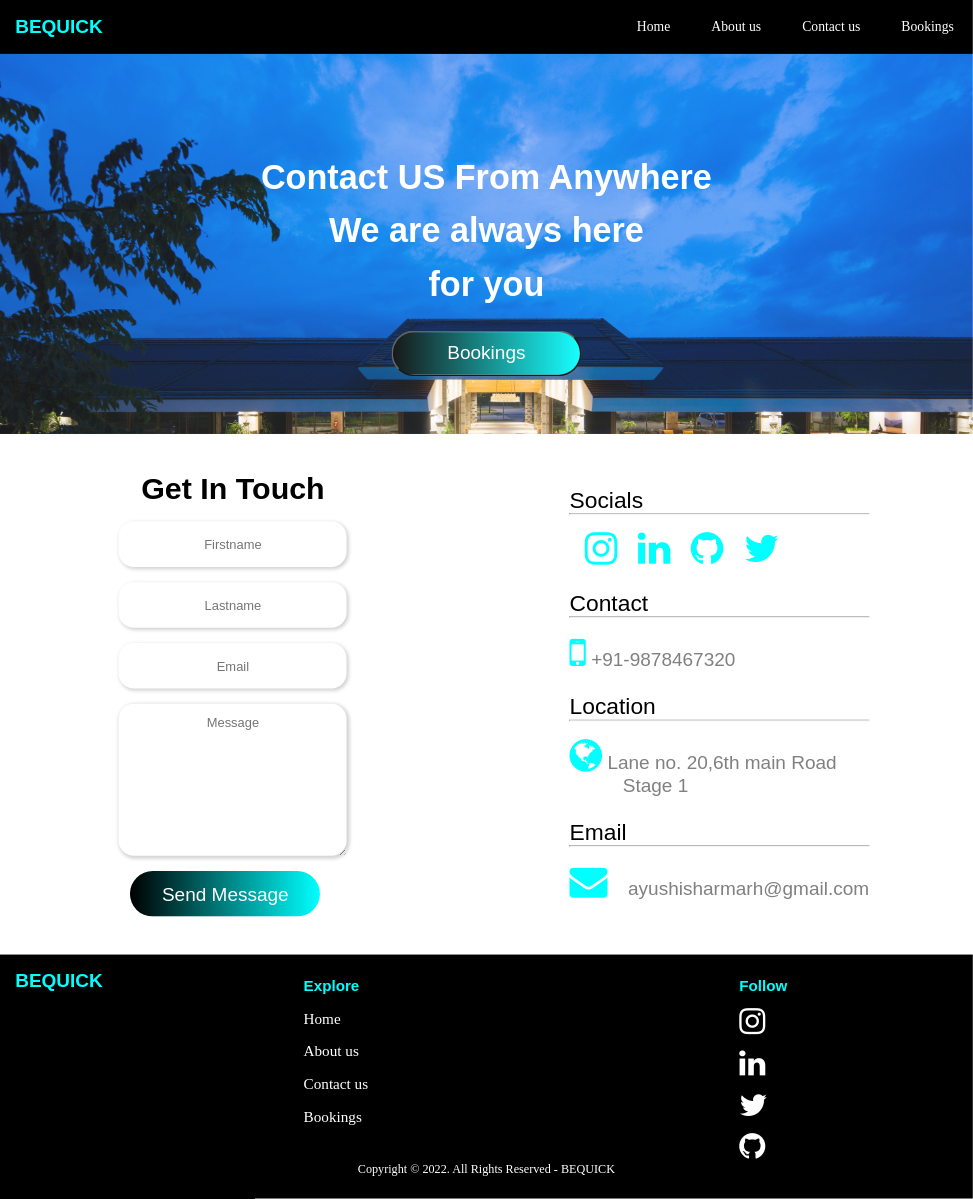
Repository: Ayushi6Sharma/BEQUICK_Hotel_Booking_Web
Page: html/contactus.html
An editor plug-in stored every save of this project. The page is shown before and after the next save, followed by the edit.
The browser window is 1280 px wide. The pictures show the whole page, at 76% of full size.

Above is the page before, as saved 2022-05-12 14:02:29.

After the next save:
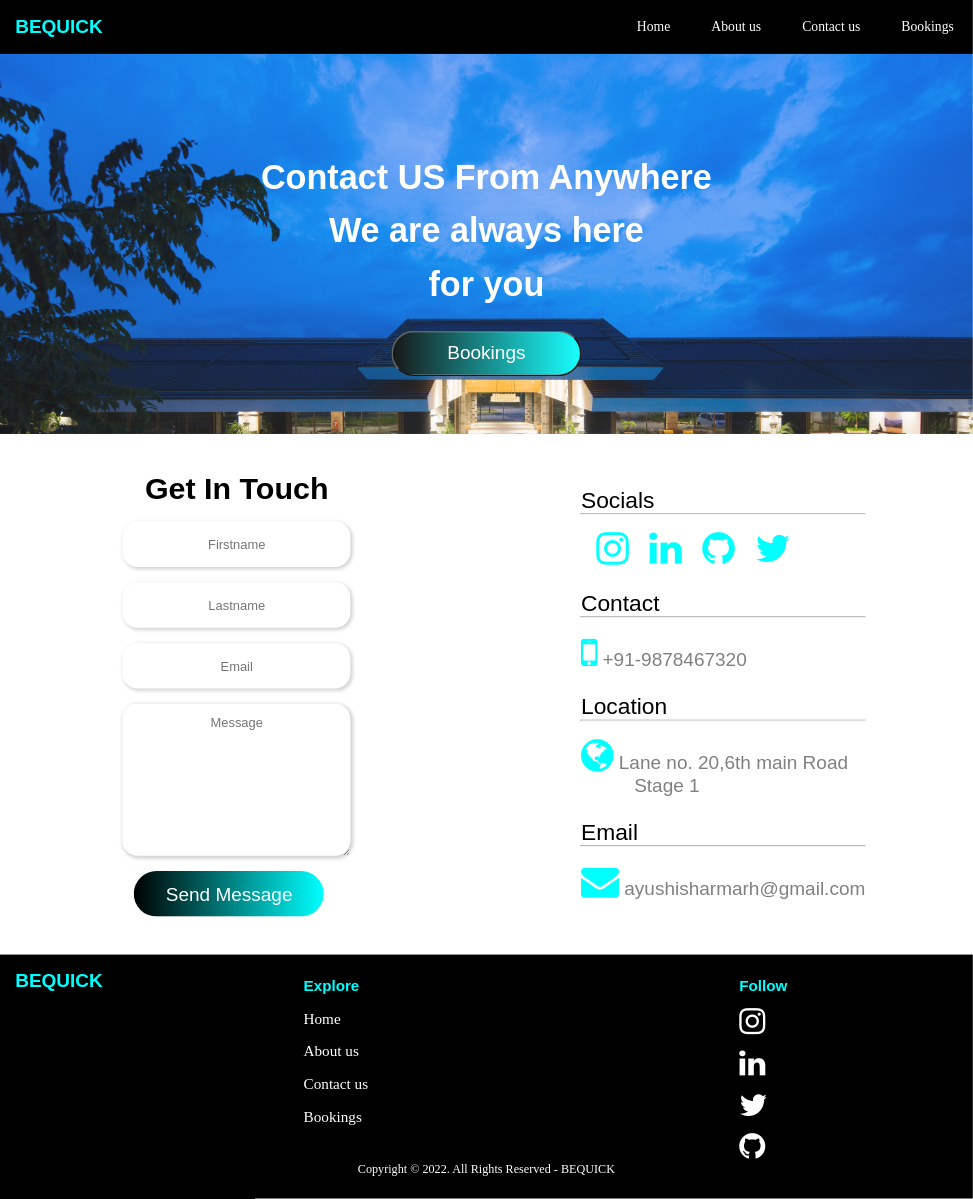
Saved 12 s later.
--- a/html/contactus.html
+++ b/html/contactus.html
@@ -88,7 +88,7 @@
                      <hr/>
                         <div class="contact-email">
                             <i class="fa fa-envelope fa-2x"></i>
-                            <span class="contact-contact-content">
+                            <span class="contact-content">
                                 ayushisharmarh@gmail.com
                             </span>
                         </div>
